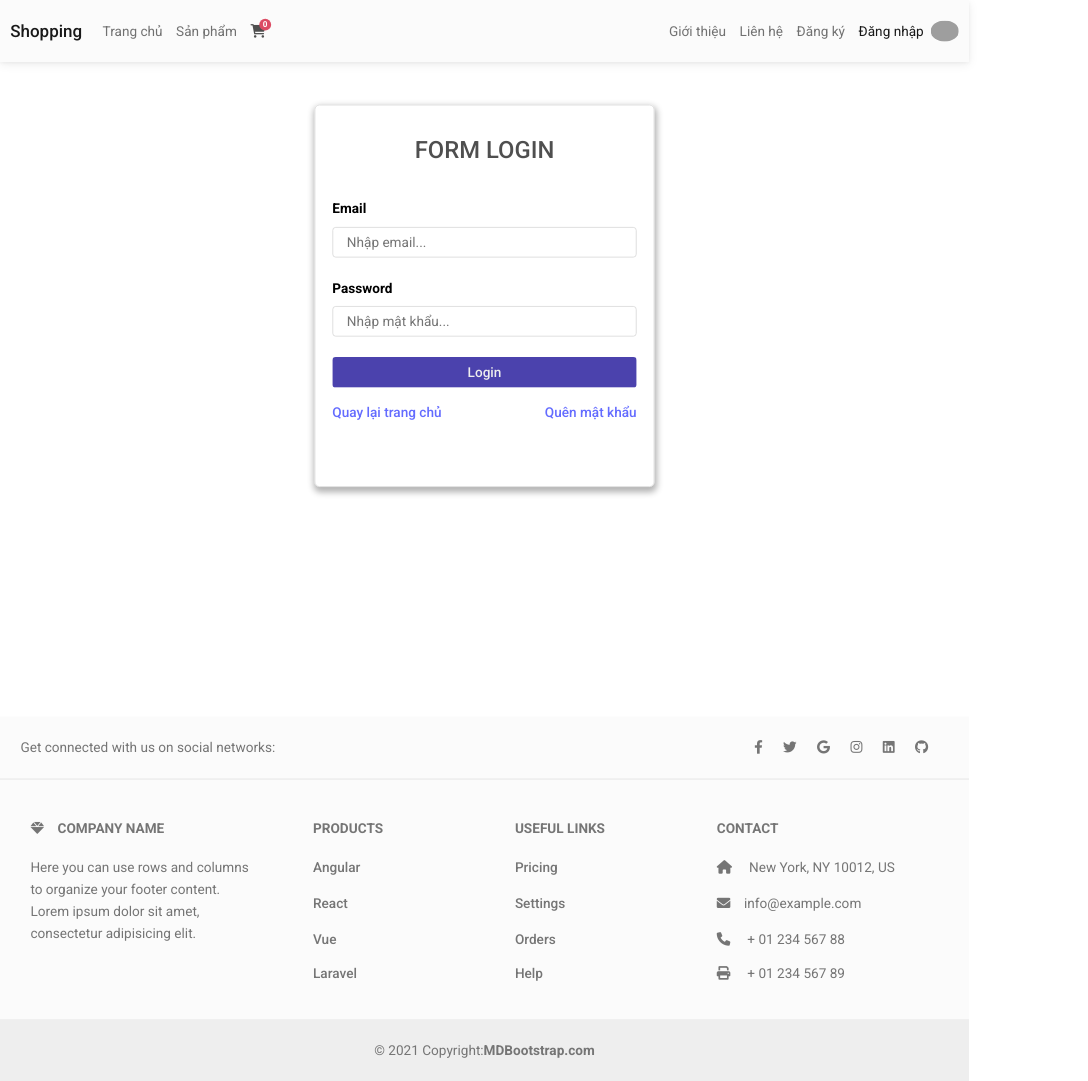
Repository: TinhTT336/MD02_Session10
Page: /login
The author's editor kept a copy of each file at every save. The page is drawn from the files as they stood at one save, then again after the next save.
The browser window is 1280 px wide. The pictures show the whole page, at 85% of full size.
Pictures or frames that could not be fetched are drawn as grey boxes. Some web libraries are served in a nearby version. The project was rebuilt for these pictures with package versions that can differ from the ones it lists, and the page was loaded fresh each time. Also part of the build but not shown: vite.config.js, src/pages/Home.jsx, src/common/formatMoney.js, src/actions/cartActions.js, src/pages/ListProduct.jsx, src/pages/Cart.jsx, src/components/base/backtop/backtop.css, src/components/base/backtop/BackToTop.jsx and 12 more.

Above is the page before, as saved 2023-09-08 23:15:53.

### index.html
<!DOCTYPE html>
<html lang="en">
  <head>
    <meta charset="UTF-8" />
    <link rel="icon" type="image/svg+xml" href="/vite.svg" />
    <meta name="viewport" content="width=device-width, initial-scale=1.0" />
    <title>Vite + React</title>
    <!-- Font Awesome -->
    <link
      href="https://cdnjs.cloudflare.com/ajax/libs/font-awesome/6.0.0/css/all.min.css"
      rel="stylesheet"
    />
    <!-- Google Fonts -->
    <link
      href="https://fonts.googleapis.com/css?family=Roboto:300,400,500,700&display=swap"
      rel="stylesheet"
    />
    <!-- MDB -->
    <link
      href="https://cdnjs.cloudflare.com/ajax/libs/mdb-ui-kit/6.4.1/mdb.min.css"
      rel="stylesheet"
    />
  </head>
  <body>
    <div id="root"></div>
    <script type="module" src="/src/main.jsx"></script>
    <script
      type="text/javascript"
      src="https://cdnjs.cloudflare.com/ajax/libs/mdb-ui-kit/6.4.1/mdb.min.js"
    ></script>
  </body>
</html>

### src/main.jsx
import React from 'react'
import ReactDOM from 'react-dom/client'
import App from './App.jsx'
import './index.css'
import { BrowserRouter } from 'react-router-dom'
import { Provider } from 'react-redux'
import { createStore } from 'redux'
import { reducer } from './reducers/index.js'

const store = createStore(reducer)
ReactDOM.createRoot(document.getElementById('root')).render(
  <React.StrictMode>
    <BrowserRouter>
      <Provider store={store}>
        <App />
      </Provider>
    </BrowserRouter>
  </React.StrictMode>,
)

### src/App.jsx

import { Route, Routes, useLocation } from 'react-router-dom'
import './App.css'
import Home from './pages/Home'
import ListProduct from './pages/ListProduct'
import Cart from './pages/Cart'
import About from './pages/About'
import Contact from './pages/Contact'
import Register from './pages/Register'
import Login from './pages/Login'
import ProductDetail from './pages/ProductDetail'
import { useEffect } from 'react'
import PrivateRouter from './pages/private/PrivateRouter'
import HomeAdmin from './pages/private/HomeAdmin'
import ManagerProduct from './pages/private/ManagerProduct'
import ManagerUser from './pages/private/ManagerUser'

function App() {
  const location = useLocation();
  useEffect(() => {
    window.scrollTo({ top: 0, behavior: "smooth" });
  }, [location.pathname])
  return (
    <>
      <Routes>
        {/* Router ai cung co the truy cap */}
        <Route path='/' element={<Home />}></Route>
        <Route path='/list-product' element={<ListProduct />}></Route>
        <Route path='/product/:id' element={<ProductDetail />}></Route>
        <Route path='/cart' element={<Cart />}></Route>
        <Route path='/about' element={<About />}></Route>
        <Route path='/contact' element={<Contact />}></Route>
        <Route path='/register' element={<Register />}></Route>
        <Route path='/login' element={<Login />}></Route>
        <Route path='/product-detail' element={<ProductDetail />}></Route>

        {/* Router chi admin moi co the truy cap */}
        <Route path='/admin' element={<PrivateRouter />}>
          {/* path ="/" duong dan tuyet doi */}
          <Route index element={<HomeAdmin />}></Route>
          <Route path='manager-product' element={<ManagerProduct />}></Route>
          <Route path='manager-user' element={<ManagerUser />}></Route>
        </Route>
      </Routes>
    </>
  )
}

export default App

### src/App.css
* {
  margin: 0;
  padding: 0;
  box-sizing: border-box;
}
/* .active {
  background-color: #efefef;
} */
/* body {
  max-width: 90%;
  margin: 0 auto;
} */

.nav-item .nav-link {
  padding: 15px;
}

.fa-cart-shopping {
  position: relative;
}

.fa-cart-shopping + span {
  position: absolute;
  top: -10px;
  right: -10px;
  background-color: red;
  color: white;
  border-radius: 50%;
  padding: 5px 10px;
}

### src/pages/Login.jsx
import React from 'react'
import Navbar from '../layouts/Navbar'
import Footer from '../layouts/Footer'
import Button from "../components/base/button/Button";
import "./login.css";
import { Link } from 'react-router-dom';

export default function Login() {
    return (
        <>
            <Navbar />
            <div style={{ minHeight: "100vh", marginTop: 50 }} className='d-flex justify-content-center align-item-center'>
                <form className='form-container'>
                    <h3 className='form-heading text-center p-3'>FORM LOGIN</h3>
                    <div className='form-group mt-4'>
                        <label className='form-label' htmlFor="email">Email</label>
                        <input className='form-input' type="text" id="email" placeholder='Nhập email...' />
                    </div>
                    <div className='form-group mt-4'>
                        <label className='form-label' htmlFor="password">Password</label>
                        <input className='form-input' type="password" id="password" placeholder='Nhập mật khẩu...' />
                    </div>
                    <div className='mt-4'>
                        <Button size="100%" title='Login' type='primary' />
                    </div>
                    <div className='mt-3 d-flex justify-content-between'>
                        <Link to={"/"}>Quay lại trang chủ</Link>
                        <Link>Quên mật khẩu</Link>
                    </div>
                </form>
            </div>
            <Footer />
        </>
    )
}

### src/layouts/Navbar.jsx
import React from 'react'
import { useSelector } from 'react-redux'
import { Link, NavLink } from 'react-router-dom'

export default function Navbar() {
    const carts = useSelector(cart => cart.listCart);
    return (
        <div>
            <>
                {/* Navbar start */}
                {/* Navbar */}
                <nav className="navbar navbar-expand-lg navbar-light bg-light">
                    {/* Container wrapper */}
                    <div className="container-fluid">
                        {/* Toggle button */}
                        <button
                            className="navbar-toggler"
                            type="button"
                            data-mdb-toggle="collapse"
                            data-mdb-target="#navbarSupportedContent"
                            aria-controls="navbarSupportedContent"
                            aria-expanded="false"
                            aria-label="Toggle navigation"
                        >
                            <i className="fas fa-bars" />
                        </button>
                        {/* Collapsible wrapper */}
                        <div className="collapse navbar-collapse" id="navbarSupportedContent">
                            {/* Navbar brand */}
                            <a className="navbar-brand mt-2 mt-lg-0" >
                                {" "}
                                Shopping{" "}
                            </a>
                            {/* Left links */}
                            <ul className="navbar-nav me-auto mb-2 mb-lg-0">
                                <li className="nav-item">
                                    <NavLink to={"/"} className="nav-link" >
                                        Trang chủ
                                    </NavLink>
                                </li>
                                <li className="nav-item">
                                    <NavLink to={"/list-product"} className="nav-link" >
                                        Sản phẩm
                                    </NavLink>
                                </li>
                                <li className="nav-item">
                                    {/* Icon */}
                                    <Link to={"/cart"} className="text-reset me-3 nav-link" >
                                        <i className="fas fa-shopping-cart" />
                                        <span className="badge rounded-pill badge-notification bg-danger">
                                            {carts.length}
                                        </span>
                                    </Link>
                                </li>
                            </ul>
                            {/* Left links */}
                        </div>
                        {/* Collapsible wrapper */}
                        {/* Right elements */}
                        <div className="d-flex align-items-center">
                            <ul className="navbar-nav me-auto mb-2 mb-lg-0">
                                <li className="nav-item">
                                    <NavLink to={"/about"} className="nav-link" >
                                        Giới thiệu
                                    </NavLink>
                                </li>
                                <li className="nav-item">
                                    <NavLink to={"/contact"} className="nav-link" >
                                        Liên hệ
                                    </NavLink>
                                </li>
                                <li className="nav-item">
                                    <NavLink to={"/register"} className="nav-link" >
                                        Đăng ký
                                    </NavLink>
                                </li>
                                <li className="nav-item">
                                    <NavLink to={"/login"} className="nav-link" >
                                        Đăng nhập
                                    </NavLink>
                                </li>
                            </ul>
                            {/* Avatar */}
                            <div className="dropdown">
                                <a
                                    className="dropdown-toggle d-flex align-items-center hidden-arrow"

                                    id="navbarDropdownMenuAvatar"
                                    role="button"
                                    data-mdb-toggle="dropdown"
                                    aria-expanded="false"
                                >
                                    <img
                                        src="https://mdbcdn.b-cdn.net/img/new/avatars/2.webp"
                                        className="rounded-circle"
                                        height={25}
                                        alt="Black and White Portrait of a Man"
                                        loading="lazy"
                                    />
                                </a>
                                <ul
                                    className="dropdown-menu dropdown-menu-end"
                                    aria-labelledby="navbarDropdownMenuAvatar"
                                >
                                    <li>
                                        <a className="dropdown-item" >
                                            My profile
                                        </a>
                                    </li>
                                    <li>
                                        <a className="dropdown-item" >
                                            Settings
                                        </a>
                                    </li>
                                    <li>
                                        <a className="dropdown-item" >
                                            Logout
                                        </a>
                                    </li>
                                </ul>
                            </div>
                        </div>
                        {/* Right elements */}
                    </div>
                    {/* Container wrapper */}
                </nav>
                {/* Navbar end */}
            </>

        </div>
    )
}

### src/components/base/button/Button.jsx
import React from 'react';
import "./button.css";

export default function Button({ title, size, type }) {
    const styleObj = {
        width: size,
    }
    return (
        <>
            <button style={styleObj} className={`t-button t-button-${type}`}>
                {title}
            </button>
        </>
    )
}

### src/pages/login.css
.form-container {
  border: 1px solid #dadada;
  padding: 20px;
  width: 400px;
  height: 450px;
  border-radius: 6px;
  box-shadow: 1px 4px 8px 2px rgba(0, 0, 0, 0.3);
}
.form-group {
  display: flex;
  flex-direction: column;
  margin-bottom: 8px;
}
.form-label {
  font-weight: 600;
  color: #000;
}
.form-input {
  height: 36px;
  padding: 0 16px;
  border-radius: 4px;
  outline: none;
  border: 1px solid #dadada;
}

### src/components/base/button/button.css
.t-button {
  height: 36px;
  border: 1px solid transparent;
  border-radius: 4px;
  padding: 0 16px;
  min-width: 80px;
  /* line-height: 36px; */
  cursor: pointer;
  background-color: #efefef;
}

.t-button-primary {
  background-color: rgba(51, 41, 162, 0.882);
  color: #eee;
}
.t-button-primary:hover {
  background-color: rgba(0, 0, 0, 0.9);
  color: #fff;
}
.t-button-primary:focus {
  background-color: rgba(0, 0, 0, 0.9);
  color: #fff;
}
.t-button-danger {
  background-color: #ff4d4f !important;
}
.t-button-danger:hover {
  background-color: #f5292c !important;
  color: #fff;
}
.t-button-danger:focus {
  background-color: #ef0d11 !important;
  color: #fff;
}

### src/layouts/admin/sidebar/sidebar.css
/* .sidebar-admin {
  width: 230px;
  min-height: 100vh;
  color: #afafaf;
  padding: 5px;
}

.router-item {
  padding: 10px;
  border-bottom: 1px solid rgba(255, 255, 255, 0.1);
  cursor: pointer;
  transition: all.3s ease;
  color: #dfdcdc !important;
  font-size: 14px;
  font-weight: 600;
  display: flex;
  align-items: center;
  position: relative;
  z-index: 1;
  padding: 10px 20px 10px 20px;
  background-color: rgba(255, 255, 255, 0.1);
  border-radius: 5px;
  transition: all.3s ease;
  box-shadow: 0 1px 3px rgba(0, 0, 0, 0.12), 0 1px 2px rgba(0, 0, 0, 0.24);
}

.router-item:hover {
  background-color: rgba(255, 255, 255, 0.2);
  box-shadow: 0 14px 26px -12px rgba(0, 0, 0, 0.42),
    0 4px 23px 0px rgba(0, 0, 0, 0.12), 0 8px 10px -5px rgba(0, 0, 0, 0.2);
  color: #fff !important;
}

.router-item:hover.router-item-icon {
  color: #fff;
}

.router-item-icon {
  font-size: 20px;
  margin-right: 10px;
}

.router-item-title {
  font-size: 14px;
  font-weight: 600;
} */

.m-menu {
  width: 230px;
  background-color: #393a3d;
  color: #fff;
  overflow-y: auto;
}

.m-menu a {
  color: #efe3e3;
  text-decoration: none;
  cursor: pointer;
}

.m-logo-container {
  height: 56px;
  width: 230px;
  display: flex;
  align-items: center;
  /* justify-content: center; */
}

.m-logo-icon {
  height: 56px;
  width: 100%;
  border-right: 1px solid #dadada;
}

.m-menu-item {
  height: calc(100vh - 62px);
  overflow: auto;
}

.m-item-router {
  height: 50px;
  display: flex;
  align-items: center;
  padding-right: 14px;
  padding-left: 8px;
  border-left: 6px solid transparent;
  position: relative;
}

.m-item-router.active::before,
.m-item-router:hover::before {
  content: "";
  color: #fff;
  background: rgb(212, 215, 220);
  opacity: 0.2;
  width: calc(100% + 6px);
  height: 50px;
  left: -6px;
  top: 0px;
  position: absolute;
}

@media screen and (max-width: 600px) {
  .m-item-router .m-item-title {
    display: none;
  }

  .m-menu {
    width: 48px;
  }

  .m-logo-icon {
    height: 70px;
  }
  .collapse {
    left: 8px;
  }
  .collapse .m-item-title {
    display: none;
  }

  .m-navbar {
    height: 48px !important;
  }
}

.m-icon-15-fs {
  margin-right: 8px;
}

Loaded but not shown: src/index.css (common file); src/data/products.json (44 lines, source omitted); src/reducers/listCart.js (96 lines, source omitted); src/reducers/listUser.js (88 lines, source omitted); src/reducers/index.js (6 lines, source omitted); src/contrains/actionTypes.js (5 lines, source omitted); src/reducers/listProduct.js (4 lines, source omitted); src/layouts/Footer.jsx (153 lines, source omitted)

After the next save:
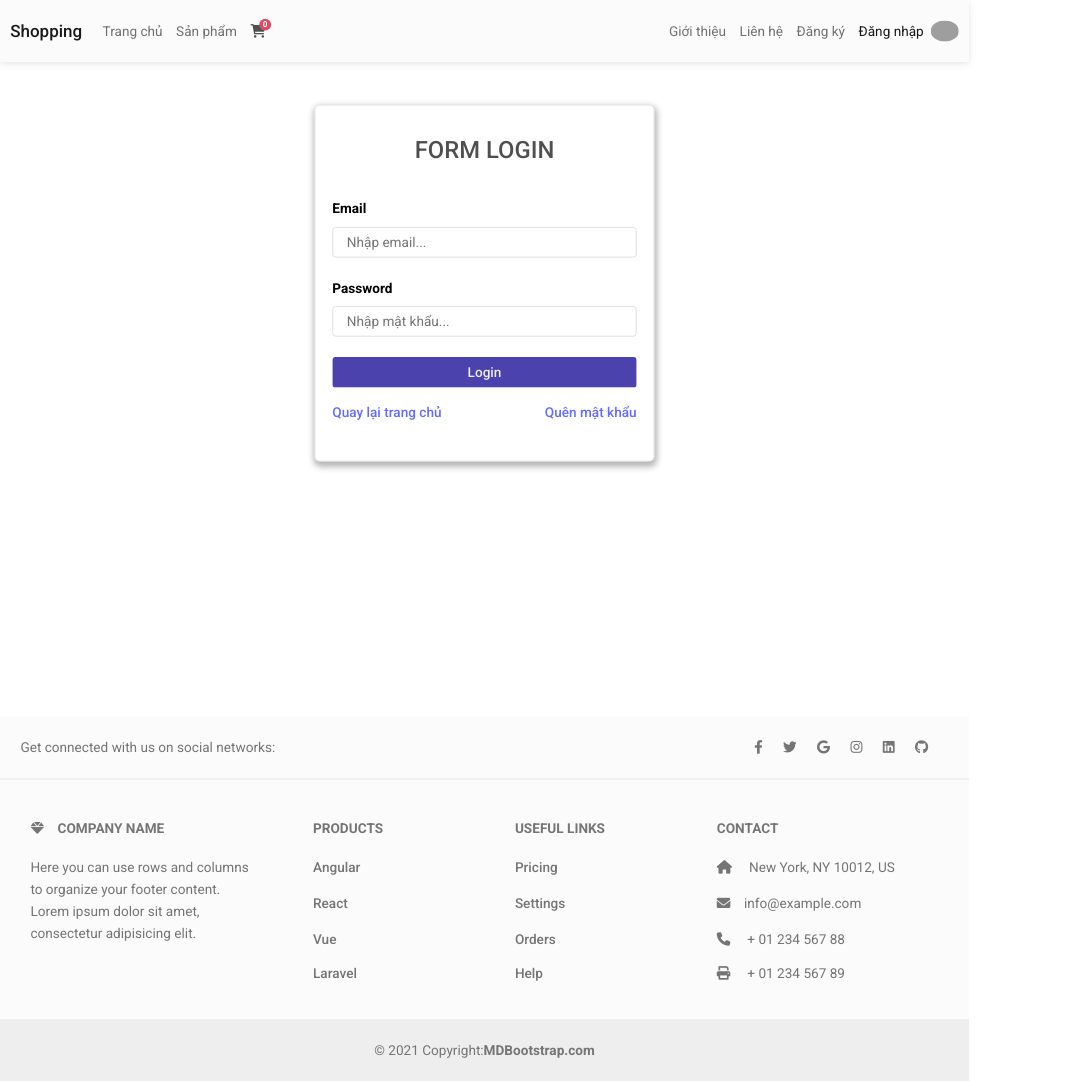
Saved 14 s later.
--- a/src/pages/login.css
+++ b/src/pages/login.css
@@ -2,7 +2,7 @@
   border: 1px solid #dadada;
   padding: 20px;
   width: 400px;
-  height: 450px;
+  height: 420px;
   border-radius: 6px;
   box-shadow: 1px 4px 8px 2px rgba(0, 0, 0, 0.3);
 }
